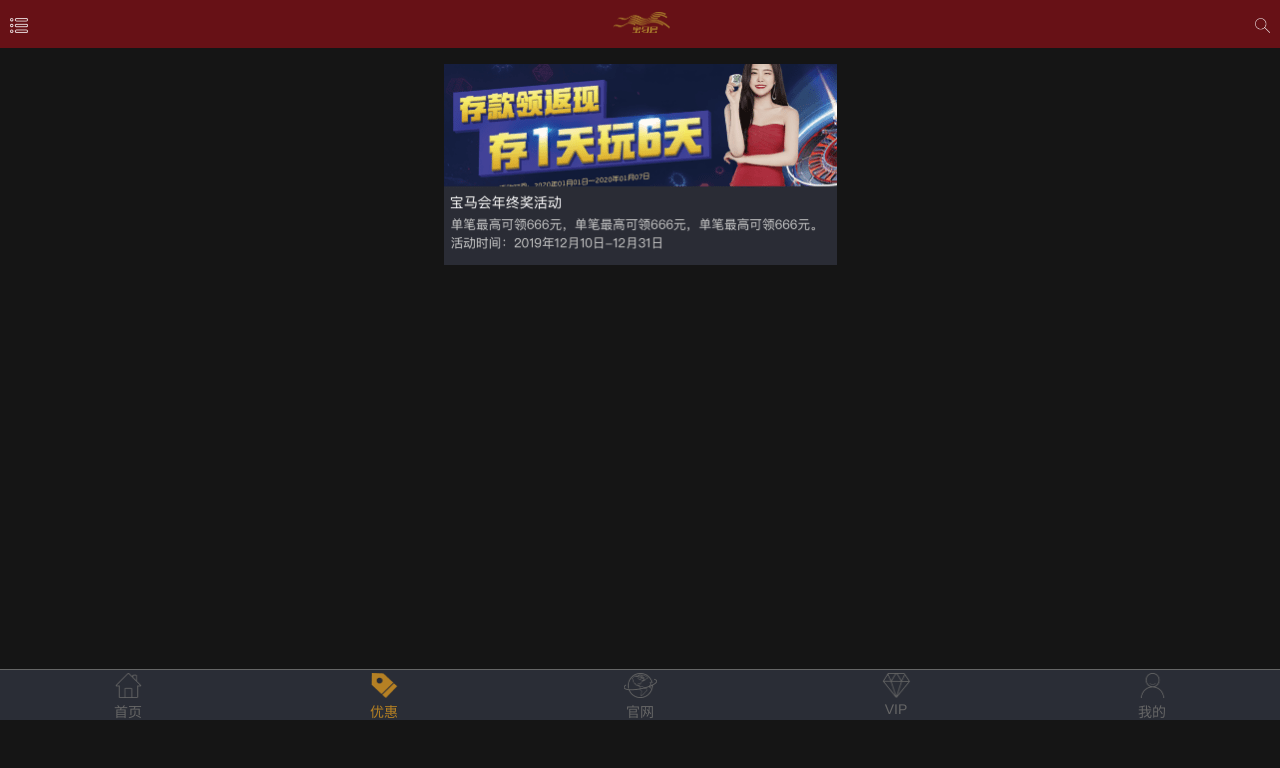
Repository: ada6688/IntegralMall
Page: /Youhui
An editor plug-in stored every save of this project. The page is shown before and after the next save, followed by the edit.
The browser window is 1280 px wide. The pictures show the whole page.
The project was rebuilt for these pictures with package versions that can differ from the ones it lists, and the page was loaded fresh each time. Also part of the build but not shown: src/components/page/notice.vue, src/components/page/shouye.vue, src/components/page/MainNav.vue, src/components/page/Member.vue, src/components/common/Topnav-c.vue, src/components/page/Vip.vue, src/router/index.js.

Above is the page before, as saved 2020-01-03 13:28:29.

After the next save:
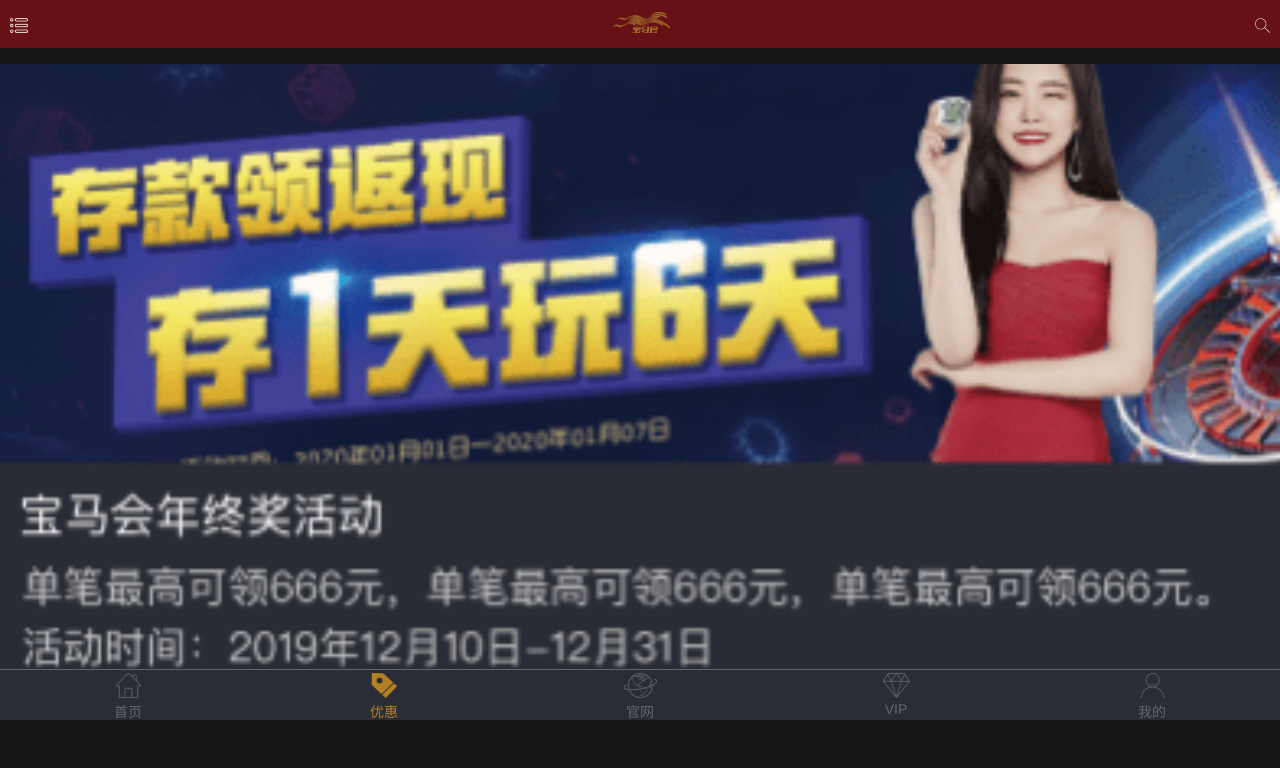
Saved 23 s later.
--- a/src/assets/css/index.css
+++ b/src/assets/css/index.css
@@ -51,6 +51,9 @@
 /******************* 优惠 *******************/
 .yh-wrap div{
   padding-top: 1rem;
+  width: 100%;
+}
+.yh-wrap img{
   width: 100%;
 }
 /******************* VIP *******************/
